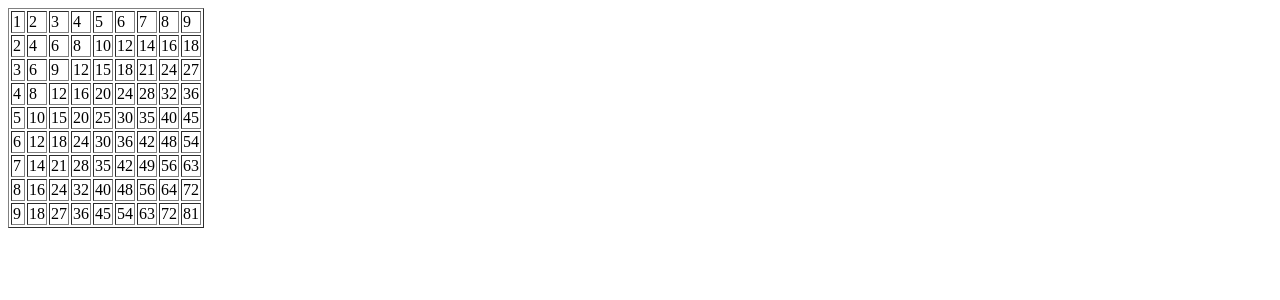
Repository: cshm225/jsplesson
Page: http://localhost/Fortune/nine.jsp
These files come from the project's save history. The page is drawn as it stood at one moment and after the next save; the edit follows.
The browser window is 1280 px wide. The pictures show the whole page.
The page is served by Tomcat 9. Other server files are loaded and not shown.

Above is the page before, as saved 2022-05-23 05:01:15.

### Fortune/WebContent/nine.jsp
<%@ page language="java" contentType="text/html; charset=UTF-8"
	pageEncoding="UTF-8"%>
<!DOCTYPE html>
<html>
<head>
<meta charset="UTF-8">
<title>Insert title here</title>
</head>
<body>
	<table border="1">
		<%
		for (int i = 1; i < 10; i++) {
		%>
		<tr>
			<%
			for (int j = 1; j < 10; j++) {
			%>
			<td width=10px>
				<%
				out.print(i * j);
				%>
			</td>
			<%
			}
			%>
		</tr>
		<%
		}
		%>
	</table>
</body>
</html>

After the next save:
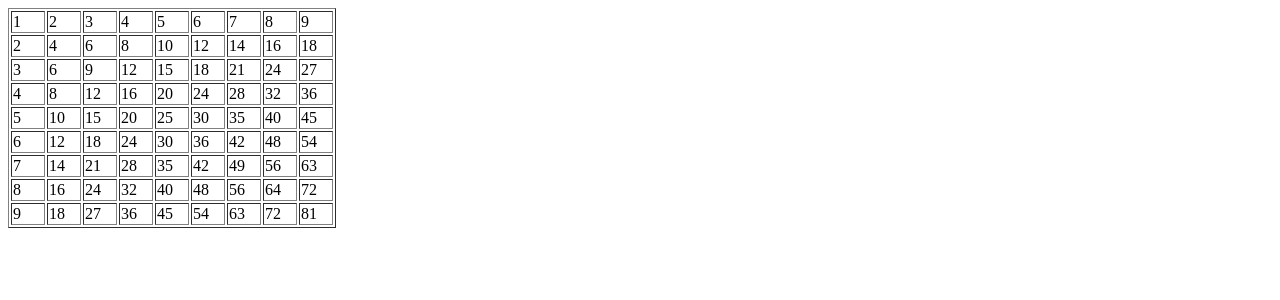
Saved 18 s later.
--- a/Fortune/WebContent/nine.jsp
+++ b/Fortune/WebContent/nine.jsp
@@ -15,7 +15,7 @@
 			<%
 			for (int j = 1; j < 10; j++) {
 			%>
-			<td width=10px>
+			<td width=30px>
 				<%
 				out.print(i * j);
 				%>
